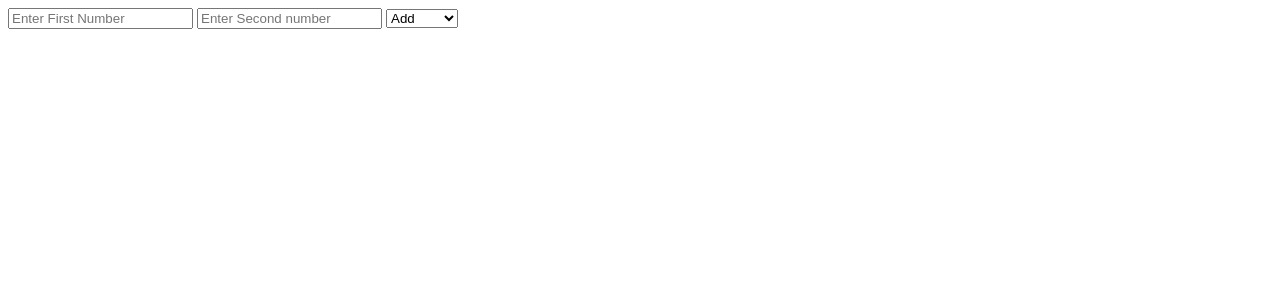
Repository: charlieactor/Skill-Distillery
Page: workspace/CalculatorWebApp/WebContent/index.html
These files come from the project's save history. The page is drawn as it stood at one moment and after the next save; the edit follows.
The browser window is 1280 px wide. The pictures show the whole page.

Above is the page before, as saved 2017-07-10 23:43:47.

After the next save:
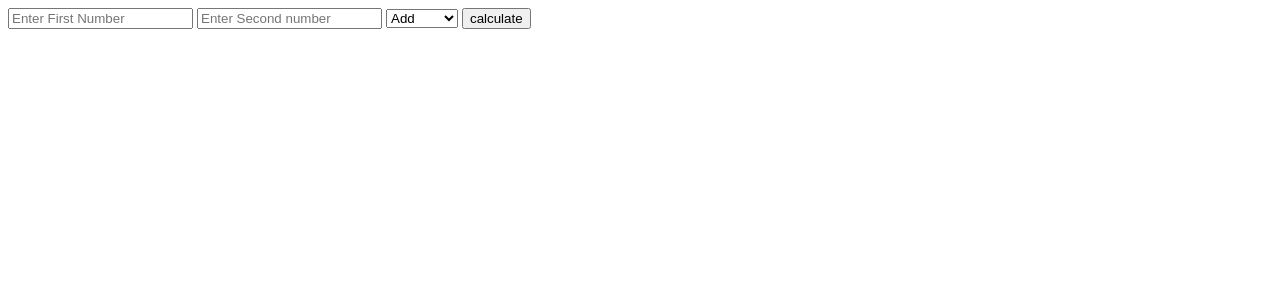
Saved 41 s later.
--- a/workspace/CalculatorWebApp/WebContent/index.html
+++ b/workspace/CalculatorWebApp/WebContent/index.html
@@ -14,6 +14,7 @@
   	<option>Multiply</option>
   	<option>Divide</option>
   </select>
+  <input type="submit" value="calculate">
 
 
  </form>
